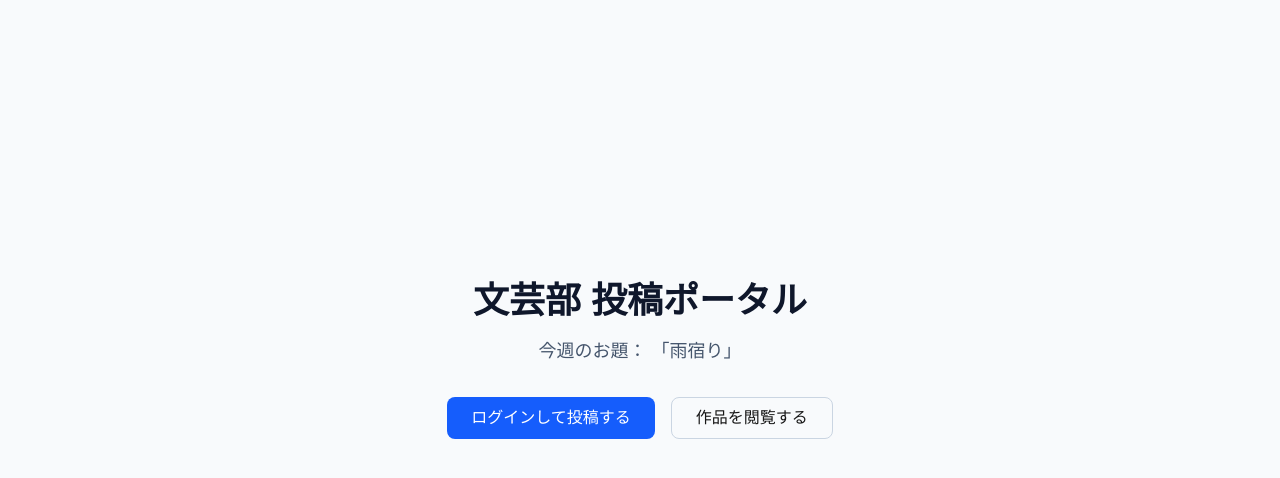
Repository: P-man2976/Literary-club-app
Page: /
The author's editor kept a copy of each file at every save. The page is drawn from the files as they stood at one save, then again after the next save.
The browser window is 1280 px wide. The pictures show the whole page.
The project was rebuilt for these pictures with package versions that can differ from the ones it lists, and the page was loaded fresh each time. The framework's server and built-in components were replaced by stand-ins that run in the browser. Also part of the build but not shown: next.config.ts.

Above is the page before, as saved 2026-01-31 10:55:59.

After the next save:
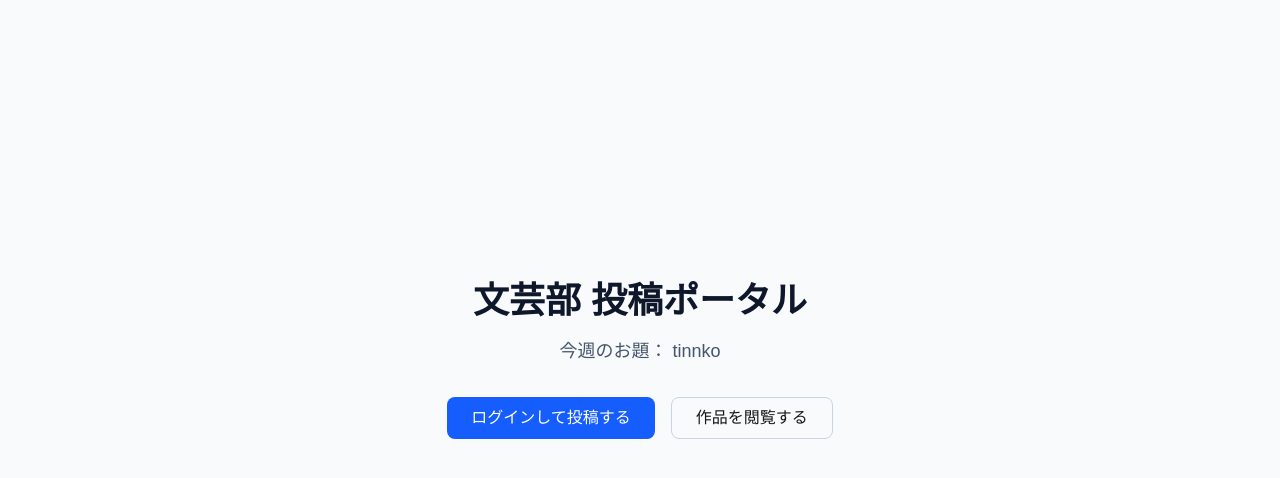
Saved 4 min 11 s later.
--- a/app/page.tsx
+++ b/app/page.tsx
@@ -5,7 +5,7 @@ export default function Home() {
         文芸部 投稿ポータル
       </h1>
       <p className="text-lg text-slate-600 mb-8">
-        今週のお題： 「雨宿り」
+        今週のお題： tinnko
       </p>
       <div className="flex gap-4">
         <button className="px-6 py-2 bg-blue-600 text-white rounded-lg font-medium">
